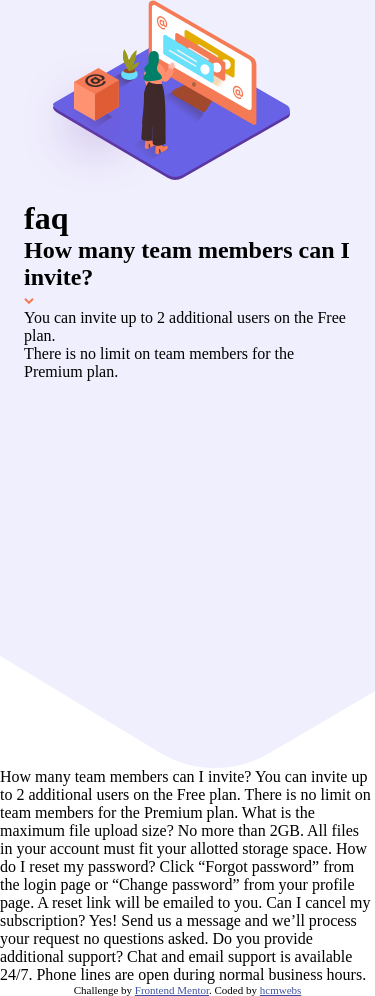
Repository: Hcmwebs/faq-accordion-card
Page: index.html
An editor plug-in stored every save of this project. The page is shown before and after the next save, followed by the edit.
The browser window is 375 px wide. The pictures show the whole page.
The style sheet was rebuilt from its Sass, Less or Tailwind sources for each picture, by a compiler version that may differ from the author's.

Above is the page before, as saved 2020-11-05 13:08:26.

After the next save:
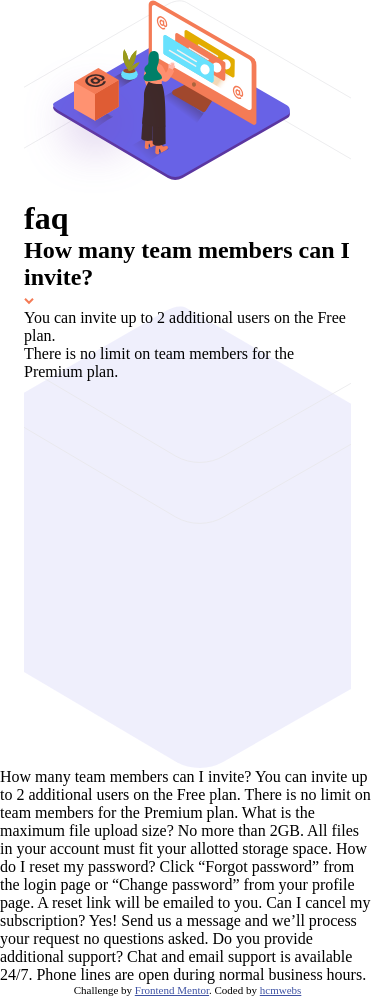
Saved 5 min 14 s later.
--- a/scss/main.scss
+++ b/scss/main.scss
@@ -58,6 +58,11 @@ font-weight: $font-light;
   .card{
     width: 327px;
     height: 1000px;
+    background-image: url(/images/bg-pattern-mobile.svg);
+    background-size:cover;
+    background-repeat: no-repeat;
+    background-position: center center;
+
 
 
   }
--- a/scss/_medias.scss
+++ b/scss/_medias.scss
@@ -5,14 +5,14 @@
 @media(max-width: 1440px){
   .container{
     min-width: 800px;
-    background-position: center center;
-    background-repeat:no-repeat;
-    background-size:cover;
-    background-image:url(/images/bg-pattern-desktop.svg);
 
 
-
-
+    .card{
+      background-position: center center;
+      background-repeat:no-repeat;
+      background-size:cover;
+      background-image:url(/images/bg-pattern-desktop.svg);
+    }
   }
 }
 
@@ -21,7 +21,8 @@
     width: 375px;
     height: 768px;
     min-width: 320px;
-    background-image: url(/images/bg-pattern-mobile.svg);
+
+
 
   }
 }
